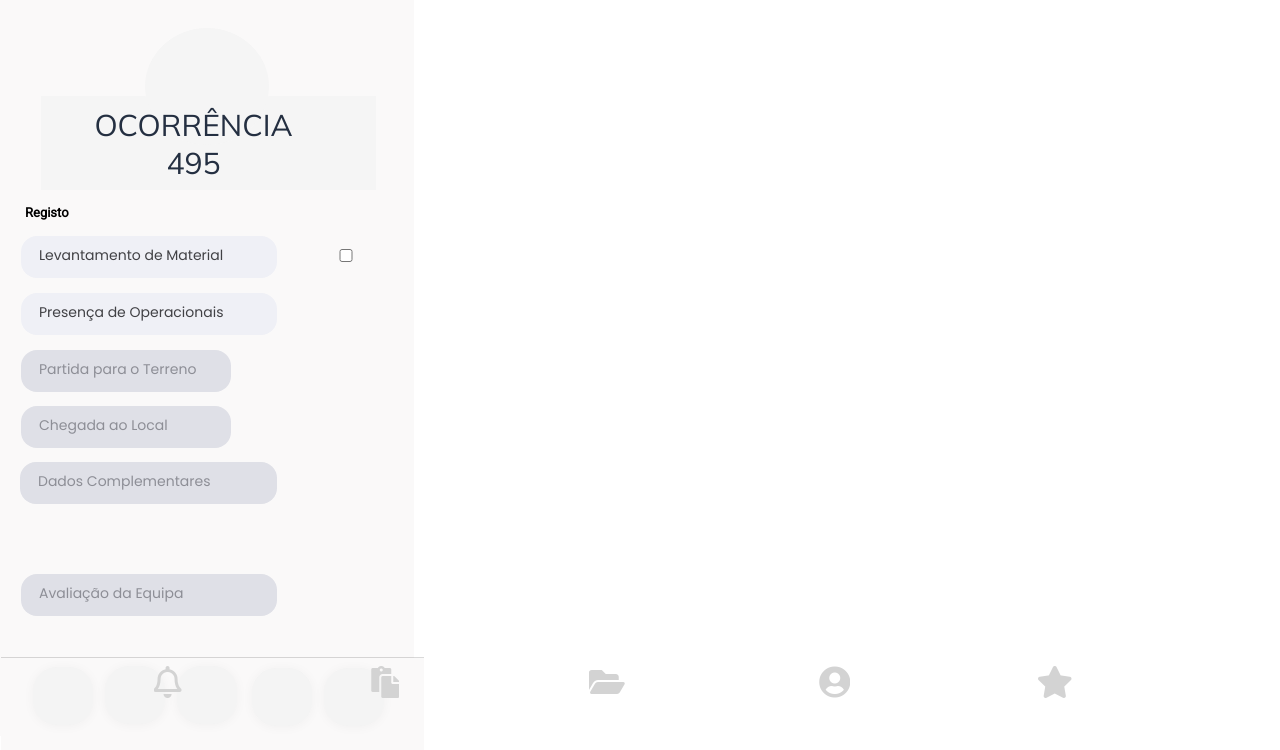
Repository: UnivMinho/D12_frontend
Page: Responsável no Terreno/Front-Office/RegistoDadosOcorrencia.html
The author's editor kept a record of every edit. The page is drawn from the files as they stood at one moment, then again after the next edit.
The browser window is 1280 px wide. The pictures show the whole page.
Some web libraries are served in a nearby version.

Above is the page before.

### Responsável no Terreno/Front-Office/RegistoDadosOcorrencia.html
<!DOCTYPE html>
<html>

<head>
    <meta charset="utf-8">
    <meta name="viewport" content="width=device-width, initial-scale=1, maximum-scale=1, user-scalable=no">
    <link href="https://fonts.googleapis.com/css?family=Roboto&display=swap" rel="stylesheet" />
    <link href="https://fonts.googleapis.com/css?family=Mulish&display=swap" rel="stylesheet" />
    <link href="https://fonts.googleapis.com/css?family=Poppins&display=swap" rel="stylesheet" />
    <link href="./RegistoDadosOcorrencia.css" rel="stylesheet" />
    <link rel="stylesheet" href="https://pro.fontawesome.com/releases/v5.10.0/css/all.css" integrity="sha384-AYmEC3Yw5cVb3ZcuHtOA93w35dYTsvhLPVnYs9eStHfGJvOvKxVfELGroGkvsg+p" crossorigin="anonymous"/>
    <title>RegistoDadosOcorrencia</title>

</head>

<body>
    <div class="screen">
        <div class="retangulo"></div>
        <div class="circulo"></div>
        <div class="iconArquivos"></div>

        <input id="checkboxLevantamentoMaterial" class="checkboxLevantamentoMaterial" type="checkbox">

    </div>
      <b> <span class="textoRegisto">Registo</span> </b>


    <span class="textoOcorrencia">OCORRÊNCIA 495</span>


        <div class="boxLevantamentoMaterial">
            <span class="textoLevantamentoMaterial">Levantamento de Material</span></div>

        <div class="boxPresencas">
            <span class="textoPresencas">Presença de Operacionais</span></div>

        <div class="boxChegada">
        <span class="textoChegada">Chegada ao Local</span></div>

        <div class="boxDadosComplementares">
           <span class="textoDadosComplementares">Dados Complementares</span></div>

        <div class="boxAvaliacao">
          <span class="textoAvaliacao">Avaliação da Equipa</span></div>

        <div class="boxPartida">
            <span class="textoPartida">Partida para o Terreno</span></div>


        <div class="v67_2">
            <span class="v67_8">Material Utilizado</span></div>

        <span class="v121_185">:</span>
        <span class="v121_186">h</span>
        <span class="v121_187">m</span>

        <span class="v121_192">:</span>
        <span class="v121_193">h</span>
        <span class="v121_194">m</span>

        <div class="bottombar"></div> <!-- barra inferrior-->
        <div class="firstsquare"></div> <!--primeiro quadrado-->
        <div class="secondsquare"></div> <!--segundo quadrado-->
        <div class="thirdsquare"></div> <!--terceiro quadrado-->
        <div class="fourthsquare"></div> <!--quarto quadrado-->
        <div class="fifthsquare"></div> <!--quinto quadrado-->
        <button id="iconfirstsquarePaginaInicial" class="far fa-bell"></button> <!--icon primeiro quadrado-->
        <button id="iconsecondsquarePaginaInicial" class="fas fa-paste"></button> <!--icon segundo quadrado-->
        <button id="iconthirdsquarePaginaInicial" class="fas fa-folder-open"></button> <!--icon terceiro quadrado-->
        <button id="iconfourthsquarePaginaInicial" class="fas fa-user-circle"></button> <!--icon quarto quadrado-->
        <button id="iconfifthsquarePaginaInicial" class="fas fa-star"></button> <!--icon quinto quadrado-->
	</div>

    </div>
</body>

</html>

### Responsável no Terreno/Front-Office/RegistoDadosOcorrencia.css
* {
  overflow-x: hidden;
  padding: 0px !important;
  margin: 0px !important;
}

.screen {
    width: 414px;
    height: 736px;
    background: rgba(250, 249, 249, 1);
    opacity: 1;
    position: absolute;
    top: 0px;
    left: 0px;
    overflow: hidden;
}

.retangulo {
    width: 335px;
    height: 94px;
    background: rgba(245, 245, 245, 1);
    opacity: 1;
    position: absolute;
    top: 13%;
    left: 10%;
    overflow: hidden;
}

.circulo {
    width: 124px;
    height: 117px;
    background: rgba(245, 245, 245, 1);
    opacity: 1;
    position: absolute;
    top: 28px;
    left: 35%;
    border-radius: 50%;
}

.textoRegisto {
  width: 57px;
  color: rgba(0,0,0,1);
  position: absolute;
  top: 205px;
  left: 25px;
  font-family: Roboto;
  font-weight: Black;
  font-size: 13px;
  opacity: 1;
  text-align: left;
}

.v53_518 {
  width: 124px;
  height: 117px;
  background: rgba(245,245,245,1);
  opacity: 1;
  position: absolute;
  top: 32px;
  left: 131px;
  border-radius: 50%;
}

.v53_511 {
  width: 335px;
  height: 94px;
  background: rgba(245,245,245,1);
  opacity: 1;
  position: absolute;
  top: 96px;
  left: 20px;
  overflow: hidden;
}


.textoOcorrencia {
  width: 255px;
  color: rgba(36,47,65,1);
  position: absolute;
  top: 106px;
  left: 66px;
  font-family: Mulish;
  font-weight: Regular;
  font-size: 30px;
  opacity: 1;
  text-align: center;
}


.boxLevantamentoMaterial {
  width: 256px;
  height: 42px;
  background: rgba(239,240,246,1);
  opacity: 1;
  position: absolute;
  top: 236px;
  left: 21px;
  border-top-left-radius: 16px;
  border-top-right-radius: 16px;
  border-bottom-left-radius: 16px;
  border-bottom-right-radius: 16px;
  overflow: hidden;
}



.textoLevantamentoMaterial {
  width: 204px;
  color: rgba(65,65,69,1);
  position: absolute;
  top: 9px;
  left: 18px;
  font-family: Poppins;
  font-weight: Medium;
  font-size: 14px;
  opacity: 1;
  text-align: left;
}

.boxPresencas {
  width: 256px;
  height: 42px;
  background: rgba(239,240,246,1);
  opacity: 1;
  position: absolute;
  top: 293px;
  left: 21px;
  border-top-left-radius: 16px;
  border-top-right-radius: 16px;
  border-bottom-left-radius: 16px;
  border-bottom-right-radius: 16px;
  overflow: hidden;
}


.textoPresencas {
  width: 203px;
  color: rgba(65,65,69,1);
  position: absolute;
  top: 9px;
  left: 18px;
  font-family: Poppins;
  font-weight: Medium;
  font-size: 14px;
  opacity: 1;
  text-align: left;
}

.boxChegada {
  width: 210px;
  height: 42px;
  background: rgba(223,224,231,1);
  opacity: 1;
  position: absolute;
  top: 406px;
  left: 21px;
  border-top-left-radius: 16px;
  border-top-right-radius: 16px;
  border-bottom-left-radius: 16px;
  border-bottom-right-radius: 16px;
  overflow: hidden;
}

.v69_383 {
  width: 60px;
  height: 56px;
  background: url("../images/v69_383.png");
  background-repeat: no-repeat;
  background-position: center center;
  background-size: cover;
  padding: 22px 24px;
  margin: 10px;
  opacity: 1;
  position: absolute;
  top: 7px;
  left: 150px;
  overflow: hidden;
}

.v69_384 {
  width: 12px;
  height: 12px;
  background: rgba(255,255,255,1);
  opacity: 1;
  position: absolute;
  top: 33px;
  left: 139px;
  overflow: hidden;
}

.v69_385 {
  height: 16px;
  background: url("../images/v69_385.png");
  opacity: 1;
  position: absolute;
  top: 0px;
  left: 0px;
  border: 2px solid rgba(160,163,189,1);
  transform: rotate(-45deg);
}

.v69_386 {
  height: 16px;
  background: url("../images/v69_386.png");
  opacity: 1;
  position: absolute;
  top: 12px;
  left: 0px;
  border: 2px solid rgba(160,163,189,1);
  transform: rotate(-135deg);
}

.v69_387 {
  width: 184px;
  height: 40px;
  background: url("../images/v69_387.png");
  background-repeat: no-repeat;
  background-position: center center;
  background-size: cover;
  padding: 6px 0px;
  opacity: 1;
  position: absolute;
  top: 1px;
  left: 64px;
  border-top-left-radius: 16px;
  border-top-right-radius: 16px;
  border-bottom-left-radius: 16px;
  border-bottom-right-radius: 16px;
  overflow: hidden;
}

.textoChegada {
  width: 141px;
  color: rgba(141,142,150,1);
  position: absolute;
  top: 9px;
  left: 18px;
  font-family: Poppins;
  font-weight: Medium;
  font-size: 14px;
  opacity: 1;
  text-align: left;
}

.boxDadosComplementares {
  width: 257px;
  height: 42px;
  background: rgba(223,224,231,1);
  opacity: 1;
  position: absolute;
  top: 462px;
  left: 20px;
  border-top-left-radius: 16px;
  border-top-right-radius: 16px;
  border-bottom-left-radius: 16px;
  border-bottom-right-radius: 16px;
  overflow: hidden;
}


.textoDadosComplementares {
  width: 188px;
  color: rgba(141,142,150,1);
  position: absolute;
  top: 9px;
  left: 18px;
  font-family: Poppins;
  font-weight: Medium;
  font-size: 14px;
  opacity: 1;
  text-align: left;
}

.boxAvaliacao {
  width: 256px;
  height: 42px;
  background: rgba(223,224,231,1);
  opacity: 1;
  position: absolute;
  top: 574px;
  left: 21px;
  border-top-left-radius: 16px;
  border-top-right-radius: 16px;
  border-bottom-left-radius: 16px;
  border-bottom-right-radius: 16px;
  overflow: hidden;
}

.textoAvaliacao {
  width: 160px;
  color: rgba(141,142,150,1);
  position: absolute;
  top: 9px;
  left: 18px;
  font-family: Poppins;
  font-weight: Medium;
  font-size: 14px;
  opacity: 1;
  text-align: left;
}

.boxPartida {
  width: 210px;
  height: 42px;
  background: rgba(223,224,231,1);
  opacity: 1;
  position: absolute;
  top: 350px;
  left: 21px;
  border-top-left-radius: 16px;
  border-top-right-radius: 16px;
  border-bottom-left-radius: 16px;
  border-bottom-right-radius: 16px;
  overflow: hidden;
}

.textoPartida {
  width: 175px;
  color: rgba(141,142,150,1);
  position: absolute;
  top: 9px;
  left: 18px;
  font-family: Poppins;
  font-weight: Medium;
  font-size: 14px;
  opacity: 1;
  text-align: left;
}


.boxMaterialUtilizado {
  width: 248px;
  height: 42px;
  background: rgba(223,224,231,1);
  opacity: 1;
  position: absolute;
  top: 518px;
  left: 21px;
  border-top-left-radius: 16px;
  border-top-right-radius: 16px;
  border-bottom-left-radius: 16px;
  border-bottom-right-radius: 16px;
  overflow: hidden;
}


.textoMaterialUtilizado {
  width: 135px;
  color: rgba(141,142,150,1);
  position: absolute;
  top: 9px;
  left: 18px;
  font-family: Poppins;
  font-weight: Medium;
  font-size: 14px;
  opacity: 1;
  text-align: left;
}

.textoDoisPontosPartida {
  width: 10px;
  color: rgba(102,102,105,1);
  position: absolute;
  top: 417px;
  left: 296px;
  font-family: Poppins;
  font-weight: Medium;
  font-size: 24px;
  opacity: 1;
  text-align: center;
}

.textoHorasPartida {
  width: 15px;
  color: rgba(65,65,69,1);
  position: absolute;
  top: 414px;
  left: 279px;
  font-family: Roboto;
  font-weight: Black;
  font-size: 18px;
  opacity: 1;
  text-align: center;
}

.textoMinutosPartida {
  width: 20px;
  color: rgba(65,65,69,1);
  position: absolute;
  top: 413px;
  left: 344px;
  font-family: Roboto;
  font-weight: Black;
  font-size: 18px;
  opacity: 1;
  text-align: center;
}

.textoDoisPontosChegada {
  width: 10px;
  color: rgba(102,102,105,1);
  position: absolute;
  top: 361px;
  left: 295px;
  font-family: Poppins;
  font-weight: Medium;
  font-size: 24px;
  opacity: 1;
  text-align: center;
}

.textoHorasChegada {
  width: 15px;
  color: rgba(65,65,69,1);
  position: absolute;
  top: 358px;
  left: 278px;
  font-family: Roboto;
  font-weight: Black;
  font-size: 18px;
  opacity: 1;
  text-align: center;
}

.textoMinutosChegada {
  width: 20px;
  color: rgba(65,65,69,1);
  position: absolute;
  top: 357px;
  left: 343px;
  font-family: Roboto;
  font-weight: Black;
  font-size: 18px;
  opacity: 1;
  text-align: center;
}

.checkboxLevantamentoMaterial {
    width: 88px;
    color: rgba(20, 19, 42, 1);
    position: absolute;
    top: 249px;
    left: 302px;
    font-family: Poppins;
    font-size: 16px;
    opacity: 1;
    text-align: left;
}

.bottombar {
    width: 423px;
    height: 92px;
    background: rgba(250, 249, 249, 1);
    opacity: 1;
    position: absolute;
    top: 658px;
    left: 1px;
    box-shadow: 0px -1px 0px rgba(0, 0, 0, 0.15000000596046448);
    overflow: hidden;
}

.firstsquare {
    width: 60px;
    height: 58px;
    background: rgba(244, 244, 244, 1);
    opacity: 1;
    position: absolute;
    top: 667px;
    left: 33px;
    border-top-left-radius: 24px;
    border-top-right-radius: 24px;
    border-bottom-left-radius: 24px;
    border-bottom-right-radius: 24px;
    box-shadow: 0px 1px 12px rgba(0, 0, 0, 0.03999999910593033);
    overflow: hidden;
}

.secondsquare {
    width: 60px;
    height: 58px;
    background: rgba(244, 244, 244, 1);
    opacity: 1;
    position: absolute;
    top: 666px;
    left: 105px;
    border-top-left-radius: 24px;
    border-top-right-radius: 24px;
    border-bottom-left-radius: 24px;
    border-bottom-right-radius: 24px;
    box-shadow: 0px 1px 12px rgba(0, 0, 0, 0.03999999910593033);
    overflow: hidden;
}

.fourthsquare {
    width: 60px;
    height: 58px;
    background: rgba(244, 244, 244, 1);
    opacity: 1;
    position: absolute;
    top: 668px;
    left: 252px;
    border-top-left-radius: 24px;
    border-top-right-radius: 24px;
    border-bottom-left-radius: 24px;
    border-bottom-right-radius: 24px;
    box-shadow: 0px 1px 12px rgba(0, 0, 0, 0.03999999910593033);
    overflow: hidden;
}

.fifthsquare {
    width: 60px;
    height: 58px;
    background: rgba(244, 244, 244, 1);
    opacity: 1;
    position: absolute;
    top: 668px;
    left: 324px;
    border-top-left-radius: 24px;
    border-top-right-radius: 24px;
    border-bottom-left-radius: 24px;
    border-bottom-right-radius: 24px;
    box-shadow: 0px 1px 12px rgba(0, 0, 0, 0.03999999910593033);
    overflow: hidden;
}

.thirdsquare {
    width: 60px;
    height: 58px;
    background: rgba(244, 244, 244, 1);
    opacity: 1;
    position: absolute;
    top: 666px;
    left: 178px;
    border-top-left-radius: 24px;
    border-top-right-radius: 24px;
    border-bottom-left-radius: 24px;
    border-bottom-right-radius: 24px;
    box-shadow: 0px 1px 12px rgba(0, 0, 0, 0.03999999910593033);
    overflow: hidden;
}

.thirdsquare {
    width: 60px;
    height: 58px;
    background: rgba(244, 244, 244, 1);
    opacity: 1;
    position: absolute;
    top: 666px;
    left: 177px;
    border-top-left-radius: 24px;
    border-top-right-radius: 24px;
    border-bottom-left-radius: 24px;
    border-bottom-right-radius: 24px;
    box-shadow: 0px 1px 12px rgba(0, 0, 0, 0.03999999910593033);
    overflow: hidden;
}

#iconfirstsquarePaginaInicial {
    top: 92.5%;
    left: 12%;
    border: none;
    position: absolute;
    font-size: xx-large;
    background: none;
    color: lightgray;
}

#iconsecondsquarePaginaInicial {
    top: 92.5%;
    left: 29%;
    border: none;
    position: absolute;
    font-size: xx-large;
    background: none;
    color: lightgray;
}

#iconthirdsquarePaginaInicial {
    top: 92.5%;
    left: 46%;
    border: none;
    position: absolute;
    font-size: xx-large;
    background: none;
    color: lightgray;
}

#iconfourthsquarePaginaInicial {
    top: 92.5%;
    left: 64%;
    border: none;
    position: absolute;
    font-size: xx-large;
    background: none;
    color: lightgray;
}

#iconfifthsquarePaginaInicial {
    top: 92.5%;
    left: 81%;
    border: none;
    position: absolute;
    font-size: xx-large;
    background: none;
    color: lightgray;
}

After the next edit:
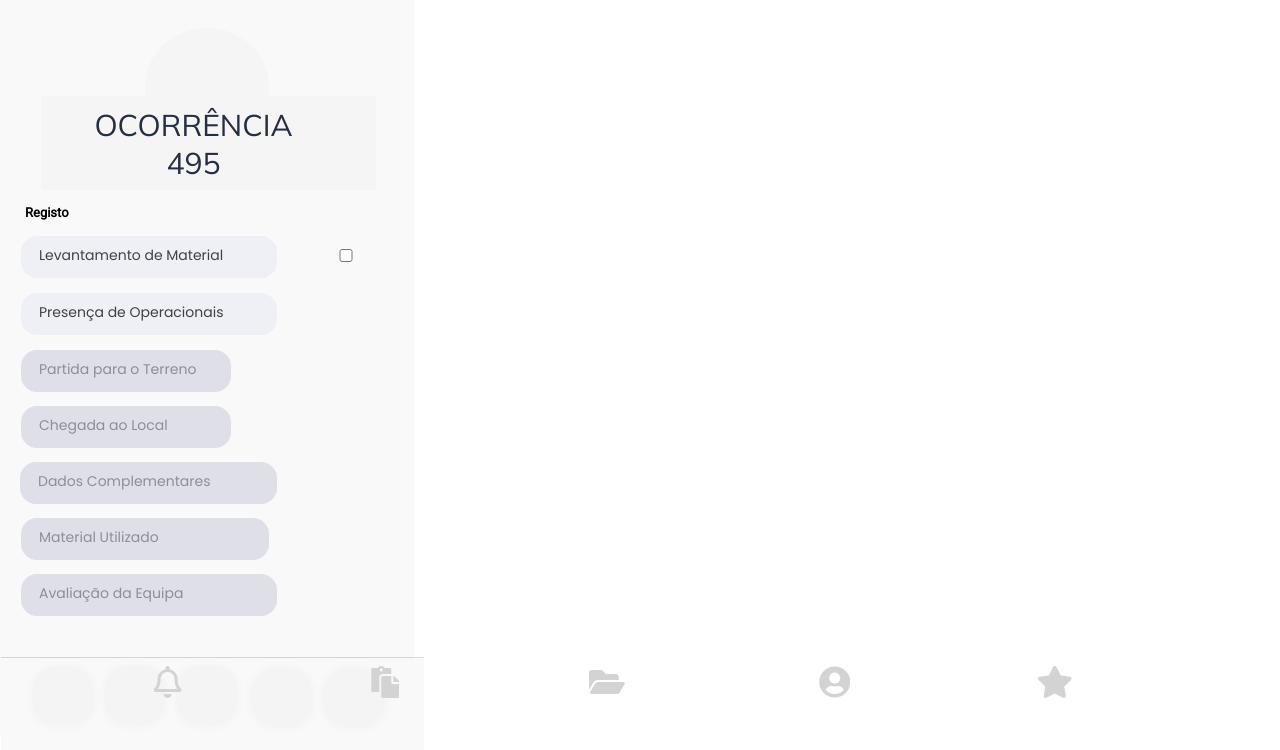
The edit:
--- a/Responsável no Terreno/Front-Office/RegistoDadosOcorrencia.html
+++ b/Responsável no Terreno/Front-Office/RegistoDadosOcorrencia.html
@@ -47,8 +47,8 @@
             <span class="textoPartida">Partida para o Terreno</span></div>
 
 
-        <div class="v67_2">
-            <span class="v67_8">Material Utilizado</span></div>
+        <div class="boxMaterialUtilizado">
+            <span class="textoMaterialUtilizado">Material Utilizado</span></div>
 
         <span class="v121_185">:</span>
         <span class="v121_186">h</span>
